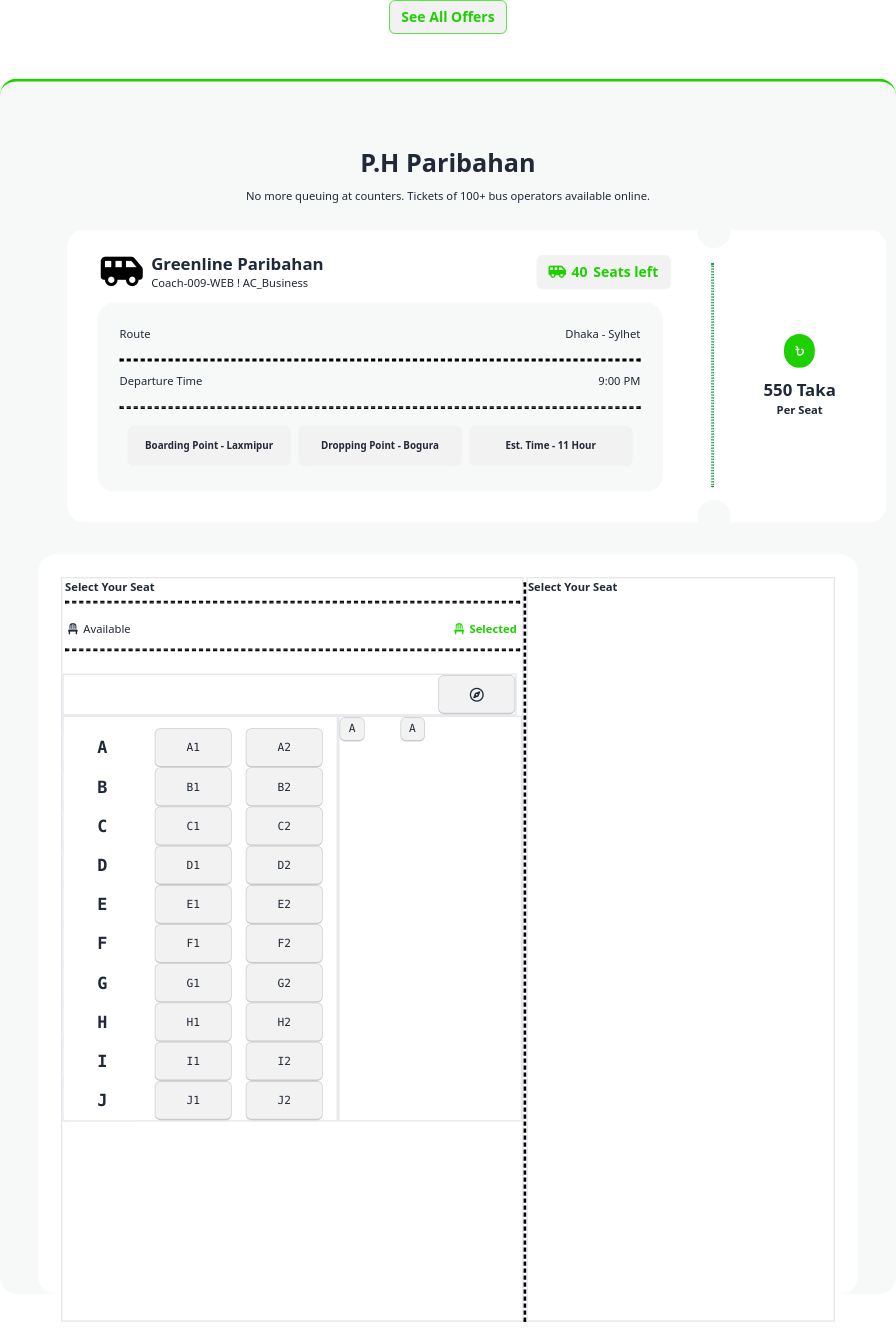
Repository: RudrasahaDibos/Smart-ticketing
Page: index.html
An editor plug-in stored every save of this project. The page is shown before and after a run of saves, followed by the edit.
The browser window is 1280 px wide. The pictures show the part of the page from y = 1206 to 3126 px (the page is 3126 px tall), at 70% of full size.
Some web fonts or font styles are not loaded; a fallback is used. Some web libraries are served in a nearby version.

Above is the page before, as saved 2024-11-10 13:35:22.

### index.html
<!DOCTYPE html>
<html lang="en">
  <head>
    <meta charset="UTF-8">
    <meta name="viewport" content="width=device-width, initial-scale=1.0">
    <title>Smart-ticketing</title>
    <!-- tailwind link -->
    <link href="https://cdn.jsdelivr.net/npm/daisyui@4.12.14/dist/full.min.css"
      rel="stylesheet" type="text/css" />
    <script src="https://cdn.tailwindcss.com"></script>
    <!-- font awesome link -->
    <link rel="stylesheet"
      href="https://cdnjs.cloudflare.com/ajax/libs/font-awesome/6.6.0/css/all.min.css"
      integrity="sha512-Kc323vGBEqzTmouAECnVceyQqyqdsSiqLQISBL29aUW4U/M7pSPA/gEUZQqv1cwx4OnYxTxve5UMg5GT6L4JJg=="
      crossorigin="anonymous" referrerpolicy="no-referrer" />

    <!-- google fonts  -->
    <link rel="preconnect" href="https://fonts.googleapis.com">
    <link rel="preconnect" href="https://fonts.gstatic.com" crossorigin>
    <link
      href="https://fonts.googleapis.com/css2?family=Anton+SC&family=Manrope:wght@200..800&family=Raleway:ital,wght@0,100..900;1,100..900&display=swap"
      rel="stylesheet">

    <style>
.raleway{
  font-family: "Raleway", sans-serif;
}
</style>

  </head>
  <body>
    <!-- header ends here -->
    <header class="container mx-auto lg:pl-24 lg:pr-24 lg:pt-4 w-[1400px]">
      <div>
        <!-- navbar starts here -->
        <div class="navbar bg-base-100">
          <div class="navbar-start">
            <div class="dropdown">
              <div tabindex="0" role="button" class="btn btn-ghost lg:hidden">
                <svg
                  xmlns="http://www.w3.org/2000/svg"
                  class="h-5 w-5"
                  fill="none"
                  viewBox="0 0 24 24"
                  stroke="currentColor">
                  <path
                    stroke-linecap="round"
                    stroke-linejoin="round"
                    stroke-width="2"
                    d="M4 6h16M4 12h8m-8 6h16" />
                </svg>
              </div>
              <ul
                tabindex="0"
                class="menu menu-sm dropdown-content bg-base-100 rounded-box z-[1] mt-3 w-52 p-2 shadow">
                <li><a>Home</a></li>
                <li><a>About</a></li>
                <li><a>Destination</a></li>
                <li><a>Search</a></li>
              </ul>
            </div>
            <a class="btn btn-ghost text-2xl font-extrabold">E-Ticket</a>
          </div>
          <div class="navbar-center hidden lg:flex">
            <ul class="menu menu-horizontal px-1">
              <li><a>Home</a></li>
              <li><a>About</a></li>
              <li><a>Destination</a></li>
              <li><a>Search</a></li>
            </ul>
          </div>
          <div class="navbar-end">
            <a class="btn text-[#1DD100]  border-1  text-xl">Bus <i
                class="fa-solid fa-van-shuttle"></i></a>
          </div>
        </div>
      </div>

      <!-- banner start here -->

      <div
        class="hero h-[550px] mt-8 bg-[url('/images/banner.png')] rounded-3xl relative">

        <div class="hero-content text-neutral-content text-center">
          <div class>
            <h1 class="mb-5 text-5xl font-extrabold">End-to-End Travel with <br>
              <span class="text-5xl text-[#1DD100]  font-extrabold">P
                Paribahan</span></h1>
            <p class="mb-5">
              A one-stop solution for your travel needs

              Introducing you to the Shohoz way of life
            </p>
            <button class="btn bg-[#1DD100] border-none">Buy Tickets</button>
          </div>
        </div>
      </div>

      <!-- banner end here -->

      <!-- 3 card start here  -->

      <div
        class=" flex justify-between items-center gap-4 pl-16 pr-16 absolute -bottom-4   ">
        <div
          class="stat flex bg-white justify-center items-center shadow-xl  border-b-4 border-b-[#1DD100]  rounded-2xl w-[338px] h-[138px]">
          <div class="text-[#1DD100] text-2xl font-extrabold ">
            <i class="fa-solid fa-users"></i>
          </div>

          <div>
            <div class="stat-value">500K+</div>
            <div class="stat-desc text-xl ">Registered users</div>
          </div>

        </div>

        <div
          class="stat flex bg-white justify-center items-center  border-b-4 border-b-[#1DD100] shadow-xl  rounded-2xl w-[338px] h-[138px]">
          <div class="text-[#1DD100] text-2xl font-extrabold ">
            <i class="fa-solid fa-ticket  "></i>

          </div>

          <div>
            <div class="stat-value">1.7 lacks</div>
            <div class="stat-desc text-xl ">Tickets sold</div>
          </div>

        </div>

        <div
          class="stat flex bg-white justify-center items-center  border-b-4 border-b-[#1DD100] shadow-xl  rounded-2xl w-[338px] h-[138px]">
          <div class="text-[#1DD100] text-2xl font-extrabold ">
            <i class="fa-solid fa-van-shuttle"></i>

          </div>

          <div>
            <div class="stat-value">80K+</div>
            <div class="stat-desc text-xl ">Rental partners</div>
          </div>

        </div>
      </div>

      <!-- 3 card ends here -->

      <!-- navbar Ends here -->
    </header>
    <!-- header ends here -->

    <!-- main start here -->
    <main class>
      <!-- Best offers for you start here -->
      <section
        class="mt-40 container mx-auto  lg:pl-24 lg:pr-24 lg:pt-4 w-[1400px]">
        <h1 class="text-4xl font-semibold text-center">Best offers for you</h1>
        <!-- two card start here -->
        <div class="flex  flex-col lg:flex-row gap-4 mt-10">
          <div class="bg-yellow-500  w-[573px] h-[220px]  rounded-2xl">

            <div>

              <div class=" w-[50%] mt-14 ml-14">
                <h1 class="text-4xl font-extrabold">15% OFF</h1>
                <p class="text-xl font-bold">on your next purchase</p>
                <p class="text-xl font-bold">use by January 2024</p>
              </div>

              <div class=" w-1/4 -mt-20 ml-auto mr-14  text-center">
                <h1 class="text-4xl font-extrabold">NEW15</h1>
                <p class="text-xl font-bold">Coupon Code</p>

              </div>
            </div>
            <p
              class="bg-white w-[48px] h-[48px] absolute mx-auto rounded-full ml-80 -mt-40  "></p>
            <p
              class="bg-white w-[48px] h-[48px] absolute mx-auto rounded-full ml-80 mt-[55px]  "></p>
            <p
              class="border-2 border-dotted border-white relative w-0 h-32 -mt-[95px] ml-[343px]  "></p>

          </div>
          <div class="bg-pink-400   w-[573px] h-[220px] rounded-2xl">
            <div>

              <div class=" w-[50%] mt-14 ml-14">
                <h1 class="text-4xl font-extrabold">20% OFF</h1>
                <p class="text-xl font-bold">on your next purchase</p>
                <p class="text-xl font-bold">use by January 2024</p>
              </div>

              <div class="  w-2/4 -mt-20 ml-[300px] mr-14  text-center">
                <h1 class="text-4xl font-extrabold">Couple 20</h1>
                <p class="text-xl font-bold">Coupon Code</p>

              </div>
            </div>
            <p
              class="bg-white w-[48px] h-[48px] absolute mx-auto rounded-full ml-80 -mt-40  "></p>
            <p
              class="bg-white w-[48px] h-[48px] absolute mx-auto rounded-full ml-80 mt-[55px]  "></p>
            <p
              class="border-2 border-dotted border-white relative w-0 h-32 -mt-[95px] ml-[343px]  "></p>
          </div>
        </div>
        <div class=" text-center mt-16">
          <a class="btn text-[#1DD100]  border-1 border-[#1DD100] text-xl">See
            All Offers
          </a>
        </div>
        <!-- two card end here -->
      </section>

      <!-- Best offers for you ends here -->
      <!-- tickeing process start here -->
      <section
        class="bg-[#F7F8F8] w-full min-h-screen rounded-3xl mt-16 border-t-4 border-t-[#1DD100]">

        <div class="container mx-auto  lg:pl-24 lg:pr-24 lg:pt-4 w-[1400px]">
          <h1 class="text-4xl font-semibold text-center mt-20">P.H Paribahan
          </h1>
          <p class=" text-center w-[736px] h-[60px] mx-auto mt-4">No more
            queuing at counters. Tickets of 100+ bus operators available online.
          </p>
          <!-- Greenline Paribahan  start here-->

          <div
            class="bg-[#FFFFFF] w-[1170px] h-[418px] rounded-3xl  container mx-auto p-8 flex justify-between ">
            <div class=" w-3/4">
              <!-- Coach-009-WEB ! AC_Business start here -->
              <div class="flex justify-between ">

                <div class="flex justify-center items-center gap-3 ml-4 ">
                  <div class="text-5xl text-black  ">
                    <i class="fa-solid fa-van-shuttle "></i>
                  </div>
                  <div>
                    <h1 class="text-2xl font-bold">Greenline Paribahan</h1>
                    <p>Coach-009-WEB ! AC_Business</p>
                  </div>
                </div>

                <div class="flex felx-col justify-end mt-1">
                  <a class="btn text-[#1DD100]  border-1  text-xl"> <i
                      class="fa-solid fa-van-shuttle"></i> <span>40</span> Seats
                    left </a>
                </div>
              </div>
              <!-- Coach-009-WEB ! AC_Business end here -->

              <!-- Dhaka - Sylhet starts here -->
              <div
                class="bg-[#F7F8F8] w-[808px] h-[270px] mt-4 mx-auto rounded-3xl">

                <div class>
                  <div class="flex justify-between p-4 ">
                    <h1 class="ml-4 mt-4">Route</h1>
                    <h1 class="mr-4 mt-4">Dhaka - Sylhet</h1>
                  </div>

                  <div
                    class="border-dashed border-black border-2 mt-2  w-[744px] mx-auto h-0"></div>

                  <div class="flex justify-between p-4 ">
                    <h1 class="ml-4">Departure Time</h1>
                    <h1 class="mr-4">9:00 PM</h1>
                  </div>
                  <div
                    class="border-dashed border-black border-2 mt-2  w-[744px] mx-auto h-0"></div>

                  <div class="mt-2 p-4 flex justify-center items-center gap-3">
                    <button class="btn   w-[232px] h-[56px]">Boarding Point -
                      Laxmipur</button>
                    <button class="btn  w-[232px] h-[56px]">Dropping Point -
                      Bogura</button>
                    <button class="btn  w-[232px] h-[56px]">Est. Time - 11
                      Hour</button>
                  </div>
                </div>
              </div>
              <!-- Dhaka - Sylhet end here -->

            </div>

            <div
              class=" text-center flex flex-col justify-center items-center mr-10">
              <i
                class="fa-solid fa-bangladeshi-taka-sign bg-[#1DD100] rounded-full  p-4 text-white "></i>
              <h1 class="text-2xl font-semibold mt-4"><span>550</span> Taka</h1>
              <p class="font-bold">Per Seat</p>
            </div>

          </div>
          <p
            class="bg-[#F7F8F8] w-[48px] h-[48px] absolute mx-auto rounded-full ml-[900px] -mt-[440px]  "></p>
          <p
            class="bg-[#F7F8F8] w-[48px] h-[48px] absolute mx-auto rounded-full ml-[900px] -mt-8  "></p>
          <p
            class="border-2 border-dotted border-green-600 relative w-0 h-80 -mt-[370px] ml-[920px]  "></p>

          <!-- Greenline Paribahan  ends here-->
        </div>

        <!-- Select Your Seat star here  -->
        <div
          class="bg-[#FFFFFF] w-[1170px] h-[1056px] rounded-3xl mt-24 container mx-auto  ">

          <div class="flex justify-between p-8">
            <div class="w-3/5 border-2">
              <p class="font-semibold ml-1">Select Your Seat</p>
              <div
                class="border-dashed border-black border-2 mt-2  w-[650px] mx-auto h-0"></div>
              <!-- seat available start here -->
              <div class="flex justify-between mt-4">

                <div class="flex gap-2 justify-center items-center p-2 ">
                  <i class="fa-solid fa-chair"></i>
                  <p>Available</p>
                </div>
                <div
                  class="flex gap-2 justify-center items-center p-2 text-[#1DD100] ">
                  <i class="fa-solid fa-chair font-bold"></i>
                  <p class="font-bold">Selected</p>
                </div>

              </div>
              <!-- seat available ends here -->
              <div
                class="border-dashed border-black border-2 mt-2  w-[650px] mx-auto h-0"></div>
                <!-- seat planing start here -->
               <div class="mt-8">
                    <div class="text-end border-2 mr-2">
                      <kbd class="kbd  h-[56px] w-[110px] text-center mx-auto "><i class="fa-regular fa-compass text-xl"></i></kbd>
                    </div>
                    <!-- seat  start here-->
                     <div class="flex  justify-between">
                          <!-- seat is with door start -->
                          <div class="grid grid-cols-3 border-2 w-3/5">
                                  <div class="mx-auto mt-4">
                                    <kbd class="kbd  w-[110px] h-[56px] bg-[#ffffff] border-none font-bold text-2xl">A</kbd>
                                    <kbd class="kbd  w-[110px] h-[56px]  bg-[#ffffff] border-none font-bold text-2xl">B</kbd>
                                    <kbd class="kbd  w-[110px] h-[56px]  bg-[#ffffff] border-none font-bold text-2xl">C</kbd>
                                    <kbd class="kbd  w-[110px] h-[56px]  bg-[#ffffff] border-none font-bold text-2xl">D</kbd>
                                    <kbd class="kbd  w-[110px] h-[56px]  bg-[#ffffff] border-none font-bold text-2xl">E</kbd>
                                    <kbd class="kbd  w-[110px] h-[56px]  bg-[#ffffff] border-none font-bold text-2xl">F</kbd>
                                    <kbd class="kbd  w-[110px] h-[56px]  bg-[#ffffff] border-none font-bold text-2xl">G</kbd>
                                    <kbd class="kbd  w-[110px] h-[56px]  bg-[#ffffff] border-none font-bold text-2xl">H</kbd>
                                    <kbd class="kbd  w-[110px] h-[56px]  bg-[#ffffff] border-none font-bold text-2xl">I</kbd>
                                    <kbd class="kbd  w-[110px] h-[56px]  bg-[#ffffff] border-none font-bold text-2xl">J</kbd>
                                  </div>

                                  <div class="mt-4">
                                    <kbd class="kbd w-[110px] h-[56px] ">A1</kbd>
                                    <kbd class="kbd w-[110px] h-[56px] ">B1</kbd>
                                    <kbd class="kbd w-[110px] h-[56px] ">C1</kbd>
                                    <kbd class="kbd w-[110px] h-[56px] ">D1</kbd>
                                    <kbd class="kbd w-[110px] h-[56px] ">E1</kbd>
                                    <kbd class="kbd w-[110px] h-[56px] ">F1</kbd>
                                    <kbd class="kbd w-[110px] h-[56px] ">G1</kbd>
                                    <kbd class="kbd w-[110px] h-[56px] ">H1</kbd>
                                    <kbd class="kbd w-[110px] h-[56px] ">I1</kbd>
                                    <kbd class="kbd w-[110px] h-[56px] ">J1</kbd>
                                  </div>

                                  <div class="mt-4">
                                    <kbd class="kbd w-[110px] h-[56px] ">A2</kbd>
                                    <kbd class="kbd w-[110px] h-[56px] ">B2</kbd>
                                    <kbd class="kbd w-[110px] h-[56px] ">C2</kbd>
                                    <kbd class="kbd w-[110px] h-[56px] ">D2</kbd>
                                    <kbd class="kbd w-[110px] h-[56px] ">E2</kbd>
                                    <kbd class="kbd w-[110px] h-[56px] ">F2</kbd>
                                    <kbd class="kbd w-[110px] h-[56px] ">G2</kbd>
                                    <kbd class="kbd w-[110px] h-[56px] ">H2</kbd>
                                    <kbd class="kbd w-[110px] h-[56px] ">I2</kbd>
                                    <kbd class="kbd w-[110px] h-[56px] ">J2</kbd>
                                  </div>
                          </div>
                         <!-- seat is with door end -->

                          <!-- seat is driver start -->
                            <div class="grid grid-cols-3  border-2 w-2/5">
                                    <div>
                                      <kbd class="kbd">A</kbd>
                                    </div>
                                    <div>
                                      <kbd class="kbd">A</kbd>
                                    </div>
                            </div>
                            <!-- seat is driver end -->
                     </div>

                     <!-- seat end here -->
               </div>

               <!-- seat planing end here -->



            </div>









            <div
              class="border-dashed border-black border-2 mt-2  w-[0px] mx-auto h-[1056px]"></div>

            <div class="border-2  w-2/5 ">
              <p class="font-semibold">Select Your Seat</p>
            </div>
          </div>

        </div>

        <!-- Select Your Seat end here  -->

      </section>
      <!-- tickeing process ends here -->

    </main>
    <!-- main ends here -->

    <!-- js add -->
    <script src="index.js"></script>
  </body>
</html>

Loaded but not shown: index.js (common file)

After the next 6 saves:
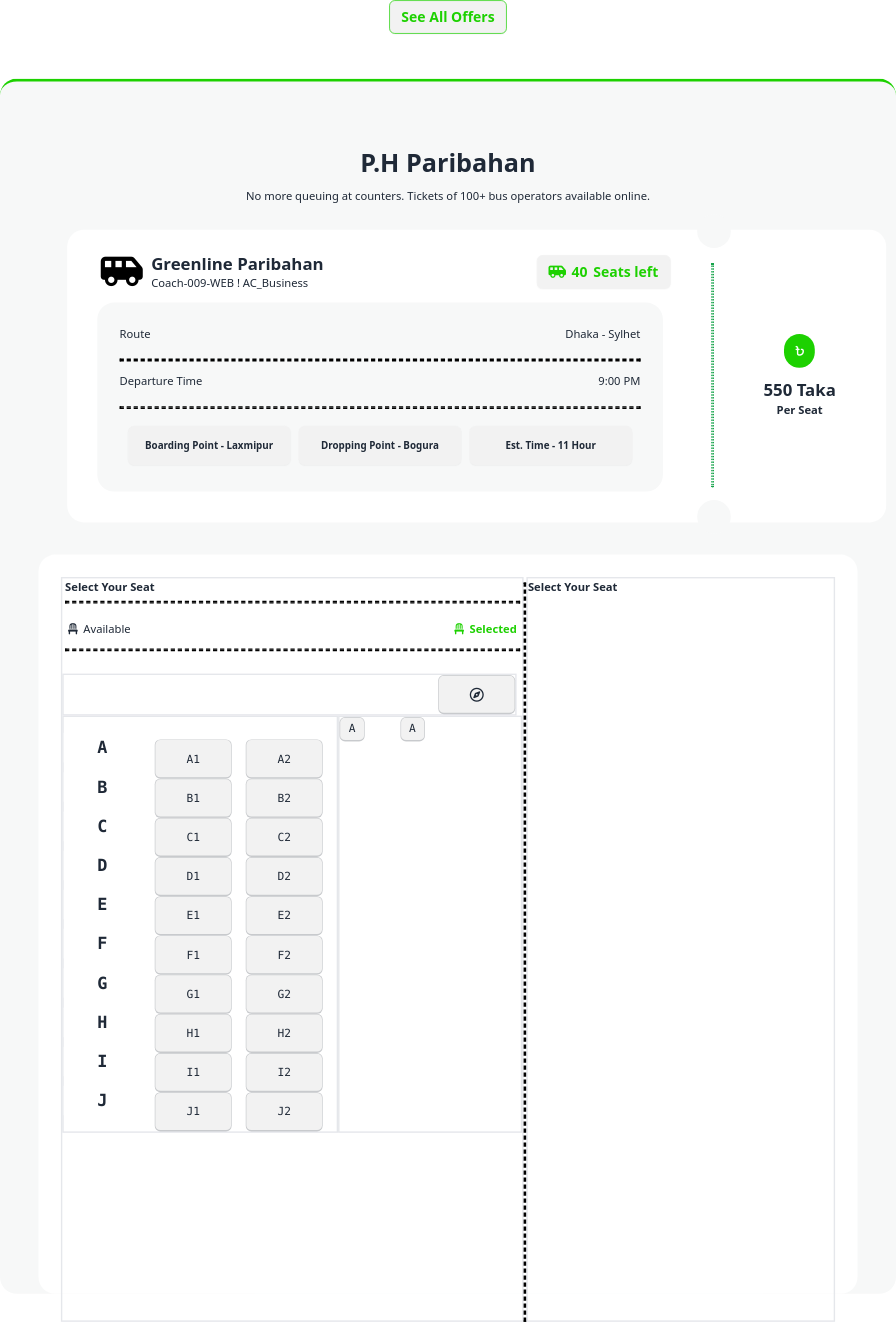
The 6 saves are shown as one change because they came seconds apart.
The last was saved 25 s later.
--- a/index.html
+++ b/index.html
@@ -337,9 +337,9 @@
                     <!-- seat  start here-->
                      <div class="flex  justify-between">
                           <!-- seat is with door start -->
-                          <div class="grid grid-cols-3 border-2 w-3/5">
+                          <div class="grid grid-cols-3 border-2 w-3/5 space-y-8">
                                   <div class="mx-auto mt-4">
-                                    <kbd class="kbd  w-[110px] h-[56px] bg-[#ffffff] border-none font-bold text-2xl">A</kbd>
+                                    <kbd class="kbd  w-[110px] h-[56px] bg-[#ffffff]  border-none font-bold text-2xl">A</kbd>
                                     <kbd class="kbd  w-[110px] h-[56px]  bg-[#ffffff] border-none font-bold text-2xl">B</kbd>
                                     <kbd class="kbd  w-[110px] h-[56px]  bg-[#ffffff] border-none font-bold text-2xl">C</kbd>
                                     <kbd class="kbd  w-[110px] h-[56px]  bg-[#ffffff] border-none font-bold text-2xl">D</kbd>
